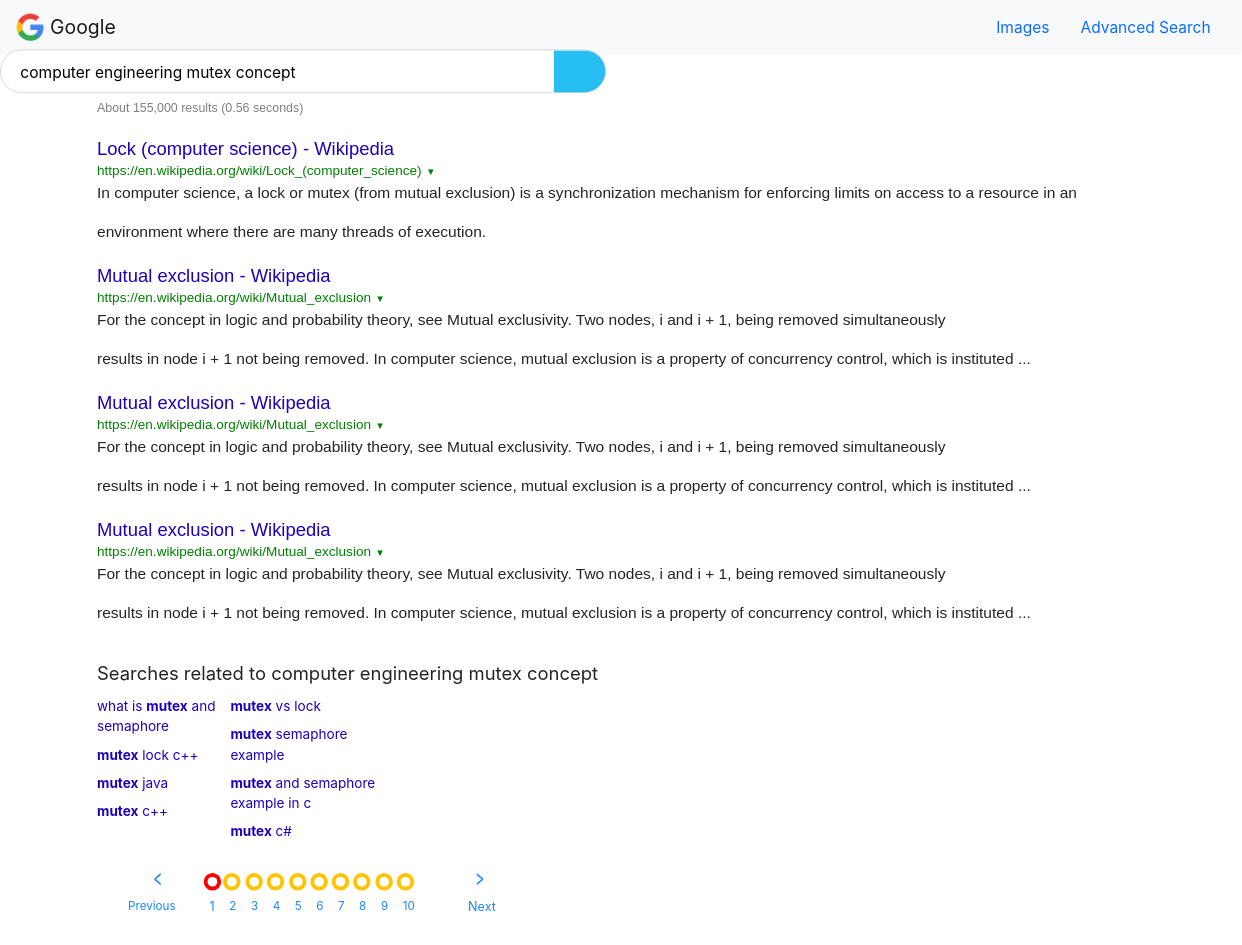
Repository: hego-team/hego-frontend
Page: /search
These files come from the project's save history. The page is drawn as it stood at one moment and after the next save; the edit follows.
The browser window is 1280 px wide. The pictures show the whole page, at 97% of full size.
The project was rebuilt for these pictures with package versions that can differ from the ones it lists, and the page was loaded fresh each time.

Above is the page before, as saved 2022-05-15 02:35:49.

After the next save:
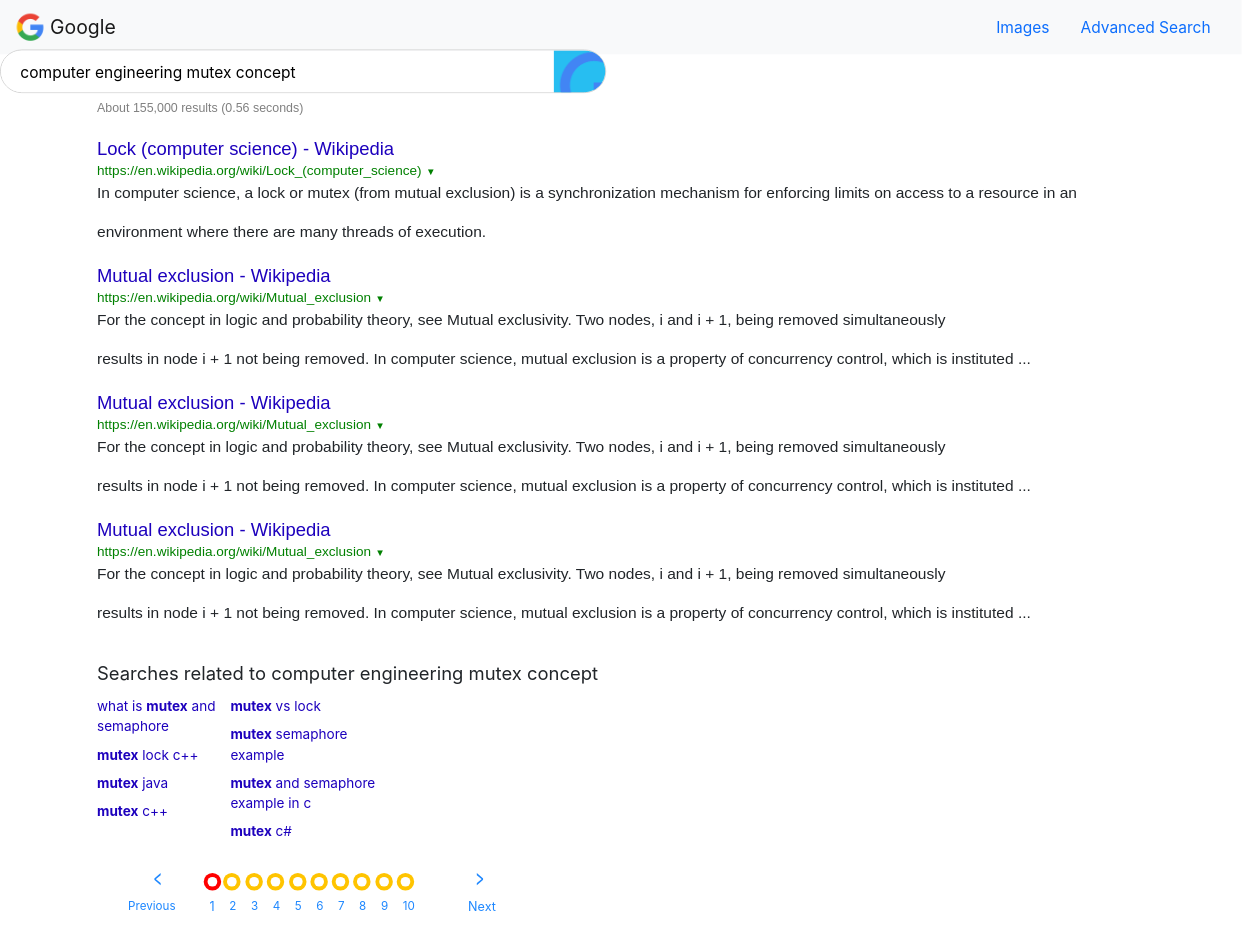
Saved 12 s later.
--- a/src/components/SearchResult.vue
+++ b/src/components/SearchResult.vue
@@ -5,7 +5,7 @@
     <div id="searchbar" type="text">
       <input id="searchbartext" type="text" value="computer engineering mutex concept" />
       <button id="searchbarbutton">
-
+        <img class="center" src="../assets/img/googlelogo_color.png" alt="Google-Logo" id="big-logo">
       </button>
 
     </div>
